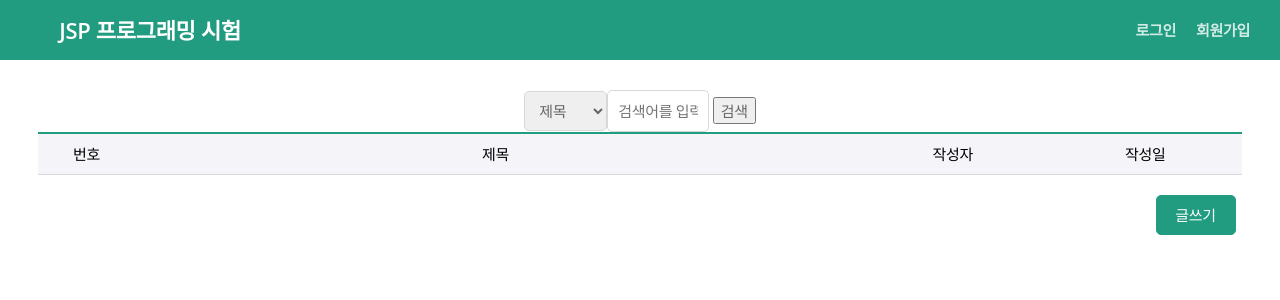
Repository: yujin149/noticeJSP
Page: http://localhost/BBS/bbs.jsp
The author's editor kept a copy of each file at every save. The page is drawn from the files as they stood at one save, then again after a run of saves.
The browser window is 1280 px wide. The pictures show the whole page.
Some web libraries are served in a nearby version. The page is served by Tomcat 9. Other server files are loaded and not shown. Queries for data that is not in the repository find no rows.

Above is the page before, as saved 2024-11-29 06:43:22.

### BBS/src/main/webapp/bbs.jsp
<%@ page language="java" contentType="text/html; charset=UTF-8"
	pageEncoding="UTF-8"%>
<%@ page import="java.io.PrintWriter"%>
<%@ page import="bbs.BbsDAO"%>
<%@ page import="bbs.Bbs"%>
<%@ page import="java.util.ArrayList"%><!-- 게시판 목록을 출력하기 위해 -->
<!DOCTYPE html>
<html>
<head>
<meta charset="UTF-8">
<meta name="viewport" content="width=device-width" , initial-scale="1">
<link rel="stylesheet" href="css/reset.css">
<link rel="stylesheet" href="css/font.css">
<link rel="stylesheet" href="css/style.css">
<title>JSP 프로그래밍 시험</title>


</head>
<body>
	<div class="bbsWrap">
		<%
		String userID = null;
		if (session.getAttribute("userID") != null) {
			userID = (String) session.getAttribute("userID");
		}

		int pageNumber = 1;
		if (request.getParameter("pageNumber") != null) {
			pageNumber = Integer.parseInt(request.getParameter("pageNumber"));
		}
		%>
		<nav class="navWrap">
			<h1>
				<a href="bbs.jsp">JSP 프로그래밍 시험</a>
			</h1>

			<%
			if (userID == null) {
			%>
			<ul class="userMenu">
				<li><a href="login.jsp">로그인</a></li>
				<li><a href="join.jsp">회원가입</a></li>
			</ul>
			<%
			} else {
			%>
			<ul class="userMenu">
				<li><a href="logoutAction.jsp">로그아웃</a></li>
			</ul>
			<%
			}
			%>
		</nav>

		<div class="container">

			<div class="searchWrap">
				<form action="searchAction.jsp" method="get">
					<select name="searchField">
						<option value="bbsTitle">제목</option>
						<option value="userID">작성자</option>
					</select>
					<div class="search">
						<input type="text" name="searchText" placeholder="검색어를 입력해주세요.">
						<button type="submit" class="btn">검색</button>
					</div>
				</form>
			</div>
			<div class="tableWrap">
				<table>
					<colgroup>
						<col style="width: 8%">
						<col style="width: *">
						<col style="width: 16%">
						<col style="width: 16%">
					</colgroup>
					<thead>
						<tr>
							<th>번호</th>
							<th>제목</th>
							<th>작성자</th>
							<th>작성일</th>

						</tr>
					</thead>
					<tbody>
						<%
						BbsDAO bbsDAO = new BbsDAO();
						ArrayList<Bbs> list = bbsDAO.getList(pageNumber);
						for (int i = 0; i < list.size(); i++) {
						%>
						<tr>
							<td><%=list.get(i).getBbsNum()%></td>
							<td style="text-align: left;"><a
								href="view.jsp?bbsID=<%=list.get(i).getBbsNum()%>"> <%=list.get(i).getBbsTitle().replaceAll(" ", "&nbsp;").replaceAll("<", "&lt;").replaceAll(">", "&gt;")
		.replaceAll("\n", "<br>")%></a></td>

							<td><%=list.get(i).getUserID()%></td>
							<td><%=list.get(i).getBbsDate().substring(0, 11)%></td>
						</tr>
						<%
						}
						%>
					</tbody>

				</table>

			</div>
			<div class="btnWrap">
				<div class="prevnextBtn">
					<%
					if (pageNumber != 1) {
					%>
					<a href="bbs.jsp?pageNumber=<%=pageNumber - 1%>"
						class="btn btn-success btn-arraw-left">이전</a>
					<%
					}
					if (bbsDAO.nextPage(pageNumber + 1)) {
					%>
					<a href="bbs.jsp?pageNumber=
				<%=pageNumber + 1%>"
						class="btn btn-success btn-arraw-left">다음</a>
					<%
					}
					%>
				</div>
				<a href="write.jsp" class="btn btn-primary pull-right green-btn">글쓰기</a>
			</div>
		</div>
	</div>

	<script src="http://code.jquery.com/jquery-3.1.1.min.js"></script>
</body>
</html>

### BBS/src/main/java/bbs/BbsDAO.java
package bbs;

import java.sql.Connection;
import java.sql.DriverManager;
import java.sql.PreparedStatement;
import java.sql.ResultSet;
import java.util.ArrayList;

public class BbsDAO {
	private Connection conn;
	private ResultSet rs;

	public BbsDAO()
	{
		try
		{
			String dbURL = "jdbc:mysql://localhost:3306/testjsp";

			String dbID = "root";
			String dbPassword = "1234";
			Class.forName("com.mysql.jdbc.Driver");

			conn = DriverManager.getConnection(dbURL, dbID, dbPassword);
		}catch(Exception e)
		{
			e.printStackTrace();
		}
	}

	// 게시판 글쓰기를 위한 함수
	public String getDate()
	{
		String SQL = "SELECT NOW()";
		try {
			PreparedStatement pstmt = conn.prepareStatement(SQL);
			rs = pstmt.executeQuery();

			if(rs.next()) {
				return rs.getString(1);
			}

		} catch(Exception e) {
			e.printStackTrace();
		}
		return "";
	}

	public int getNext() // 게시글 번호 입력 함수
	{
		String SQL = "SELECT bbsNum FROM BBS ORDER BY bbsNum DESC";
		try {
			PreparedStatement pstmt = conn.prepareStatement(SQL);
			rs = pstmt.executeQuery();

			if(rs.next()) {
				return rs.getInt(1) + 1;
			}
			return 1;

		} catch(Exception e) {
			e.printStackTrace();
		}
		return -1;
	}

	public int write(String bbsTitle, String userID, String bbsContent)
	{
		String SQL = "INSERT INTO BBS VALUES (?, ?, ?, ?, ?, ?)";

		try {
			PreparedStatement pstmt = conn.prepareStatement(SQL);
			pstmt.setInt(1, getNext());
			pstmt.setString(2, bbsTitle);
			pstmt.setString(3, userID);
			pstmt.setString(4, getDate());
			pstmt.setString(5, bbsContent);
			pstmt.setInt(6, 1);

			return pstmt.executeUpdate();

		} catch(Exception e) {
			e.printStackTrace();
		}
		return -1;
	}

	public ArrayList<Bbs> getList(int pageNumber)
	{
		String SQL = "SELECT * FROM BBS WHERE bbsNum < ?  AND bbsAvailable = 1 ORDER BY bbsNum DESC LIMIT 10";

		ArrayList<Bbs> list = new ArrayList<Bbs>();
		try {
			PreparedStatement pstmt = conn.prepareStatement(SQL);
			pstmt.setInt(1, getNext() - (pageNumber - 1) * 10);

			rs = pstmt.executeQuery();

			while(rs.next()) {
				Bbs bbs = new Bbs();
				bbs.setBbsNum(rs.getInt(1));
				bbs.setBbsTitle(rs.getString(2));
				bbs.setUserID(rs.getString(3));
				bbs.setBbsDate(rs.getString(4));
				bbs.setBbsContent(rs.getString(5));
				bbs.setBbsAvailable(rs.getInt(6));
			    list.add(bbs);
			}
		} catch(Exception e) {
			e.printStackTrace();
		}
		return list;
	}

	public boolean nextPage(int pageNumber)
	{
		String SQL = "SELECT * FROM BBS WHERE bbsNum < ?  AND bbsAvailable = 1 ORDER BY bbsNUm DESC LIMIT 10";

		try {
			PreparedStatement pstmt = conn.prepareStatement(SQL);
			pstmt.setInt(1, getNext() - (pageNumber - 1) * 10);

			rs = pstmt.executeQuery();

			if(rs.next()) {
				return true;
			}
		} catch(Exception e) {
			e.printStackTrace();
		}
		return false;
	}

	public Bbs getBbs(int bbsNum) {
		String SQL = "SELECT * FROM BBS WHERE bbsNum = ?";
		try {
			PreparedStatement pstmt = conn.prepareStatement(SQL);
	        pstmt.setInt(1, bbsNum);
	        rs = pstmt.executeQuery();

			if(rs.next()) {
	            Bbs bbs = new Bbs();
	            bbs.setBbsNum(rs.getInt(1));
	            bbs.setBbsTitle(rs.getString(2));
	            bbs.setUserID(rs.getString(3));
	            bbs.setBbsDate(rs.getString(4));
	            bbs.setBbsContent(rs.getString(5));
	            bbs.setBbsAvailable(rs.getInt(6));
	            return bbs;
	        }
		} catch(Exception e) {
	        e.printStackTrace();
	    }
		return null;
	}

	public int update(int bbsNum, String bbsTitle, String bbsContent) {
		String SQL = "UPDATE BBS SET bbsTitle = ?, bbsContent =? WHERE bbsNum = ?";
		try {
			PreparedStatement pstmt = conn.prepareStatement(SQL);
			pstmt.setString(1, bbsTitle);
			pstmt.setString(2, bbsContent);
			pstmt.setInt(3, bbsNum);
			return pstmt.executeUpdate();
		}catch(Exception e){
			e.printStackTrace();
		}
		return -1;
	}

	public int delete(int bbsNum) {
		String SQL = "UPDATE BBS SET bbsAvailable = 0 WHERE bbsNum = ?";
		try {
			PreparedStatement pstmt = conn.prepareStatement(SQL);
			pstmt.setInt(1, bbsNum);
			return pstmt.executeUpdate();
		}catch(Exception e){
			e.printStackTrace();
		}
		return -1;
	}


	public ArrayList<Bbs> getSearch(String searchField, String searchText) {
	    String SQL = "";
	    ArrayList<Bbs> list = new ArrayList<Bbs>();

	    try {
	        if(searchField.equals("bbsTitle")) {
	            SQL = "SELECT * FROM BBS WHERE bbsTitle LIKE ? AND bbsAvailable = 1 ORDER BY bbsNum DESC";
	        } else if(searchField.equals("userID")) {
	            SQL = "SELECT * FROM BBS WHERE userID LIKE ? AND bbsAvailable = 1 ORDER BY bbsNum DESC";
	        }

	        PreparedStatement pstmt = conn.prepareStatement(SQL);
	        pstmt.setString(1, "%" + searchText + "%");
	        rs = pstmt.executeQuery();

	        while(rs.next()) {
	            Bbs bbs = new Bbs();
	            bbs.setBbsNum(rs.getInt(1));
	            bbs.setBbsTitle(rs.getString(2));
	            bbs.setUserID(rs.getString(3));
	            bbs.setBbsDate(rs.getString(4));
	            bbs.setBbsContent(rs.getString(5));
	            bbs.setBbsAvailable(rs.getInt(6));
	            list.add(bbs);
	        }
	    } catch(Exception e) {
	        e.printStackTrace();
	    }
	    return list;
	}

}

### BBS/src/main/webapp/css/reset.css
@charset "UTF-8";

html, body, div, span, applet, object, iframe,
h1, h2, h3, h4, h5, h6, p, blockquote, pre,
a, abbr, acronym, address, big, cite, code,
del, dfn, em, img, ins, kbd, q, s, samp,
small, strike, strong, sub, sup, tt, var,
b, u, i, center,
dl, dt, dd, ol, ul, li,
fieldset, form, label, legend,
table, caption, tbody, tfoot, thead, tr, th, td,
article, aside, canvas, details, embed,
figure, figcaption, footer, header, hgroup,
menu, nav, output, ruby, section, summary,
time, mark, audio, video {
	margin: 0;
	padding: 0;
	border: 0;
	font-size: 100%;
	font: inherit;
	vertical-align: inherit;
	box-sizing:border-box;
	transition:all .3s;
}
/* HTML5 display-role reset for older browsers */
article, aside, details, figcaption, figure,
footer, header, hgroup, menu, nav, section {
	display: block;
}
body {
	line-height: 1;
}
ol, ul {
	list-style: none;
}
blockquote, q {
	quotes: none;
}
blockquote:before, blockquote:after,
q:before, q:after {
	content: '';
	content: none;
}
table {
	border-collapse: collapse;
	border-spacing: 0;
}

button,
input,
select,
textarea {
	font-family: inherit; /* 1 */
	font-size: 100%; /* 2 */
	margin: 0; /* 3 */
}

button,
input {
	line-height: normal;
}

button,
select {
	text-transform: none;
}

button,
html input[type="button"], /* 1 */
input[type="reset"],
input[type="submit"] {
	-webkit-appearance: button; /* 2 */
	cursor: pointer; /* 3 */
}

button[disabled],
html input[disabled] {
	cursor: default;
    background: #f5f5f5;
    color:#666;
}

input[type="checkbox"],
input[type="radio"] {
	box-sizing: border-box; /* 1 */
	padding: 0; /* 2 */
}

input[type="search"] {
	-webkit-appearance: textfield; /* 1 */
	-moz-box-sizing: content-box;
	-webkit-box-sizing: content-box; /* 2 */
	box-sizing: content-box;
}

input[type="search"]::-webkit-search-cancel-button,
input[type="search"]::-webkit-search-decoration {
	-webkit-appearance: none;
}

button::-moz-focus-inner,
input::-moz-focus-inner {
	border: 0;
	padding: 0;
}

textarea {
	overflow: auto; /* 1 */
	vertical-align: top; /* 2 */
}
a {text-decoration:none;}
address {font-style:normal;}

caption {display:none}

### BBS/src/main/webapp/css/font.css
@charset "UTF-8";

@font-face {
    font-family: "Noto Sans KR";
    src: url('https://fonts.googleapis.com/css2?family=Noto+Sans+KR:wght@100;300;400;500;700;900&display=swap');
         unicode-range: U+AC00-D7A3;
        }

@font-face {
    font-family: 'roboto';
    src: url('https://fonts.googleapis.com/css2?family=Roboto:wght@100;300;400;500;700;900&display=swap');
         unicode-range: U+0030-0039;
}


html, body, table, input, textarea, nav, button, div, p, span,
#main_wrap span, h1, h2, h3, h4, h6, tr, td, ol, ul, li, select, pre {
    font-size:15px;
    font-family:"Noto Sans KR","roboto","Open Sans",Malgun Gothic,"맑은 고딕",AppleGothic,Dotum,"돋움",sans-serif;
    color:#666;letter-spacing: -0.3px; font-weight: 400;
}


.notosanskr {
 font-family: 'Noto Sans KR', sans-serif;
}

.roboto {
 font-family: 'roboto', sans-serif;
}

### BBS/src/main/webapp/css/style.css
@charset "UTF-8";
.bbsWrap{width:100%; margin:0 auto;}
.navWrap{width:100%; height:60px; background:#219c80; display:flex;
justify-content: space-between; align-items: center;padding: 0 30px;}
.navWrap h1 a{color:#fff; font-size:22px; font-weight:600; display:flex;
justify-content: center; align-items: center; width:240px; height:60px;}

.navWrap .userMenu{display:flex; justify-content: flex-end; align-items: center;}
.navWrap .userMenu a{color:rgba(255,255,255,0.8); font-size:15px; padding:0 10px;
font-weight:600;}
.navWrap .userMenu li:last-child a{padding-right:0;}
.navWrap .userMenu li.active a{color:#fff;}
.navWrap .userMenu a:hover{color:#fff;}


.bbsWrap .container{width:94%; margin:30px auto 0;}
.bbsWrap .container .tableWrap{width:100%; border-top: 2px solid #219c80;
border-bottom: 1px solid #d7d7d7;}

.bbsWrap .container .tableWrap table{table-layout: fixed; border-collapse: collapse;
width:100%;}
.bbsWrap .container .tableWrap table tr th{display:table-cell; vertical-align:middle; padding:0 10px; background: #f4f4f9;
height: 40px; font-size: 15px; color:#000;}
.bbsWrap .container .tableWrap table tr td{display:table-cell; vertical-align:middle; padding:0 10px; font-size: 15px;
border-top: 1px solid #d7d7d7; line-height: 1.3; height: 50px; text-align: center; cursor:pointer;}

.bbsWrap .container .tableWrap table tr td a{color:#666; display:block;}

.bbsWrap .container .tableWrap table tr:hover td{background:#f4f4f9;}

.bbsWrap .container .tableWrap.writeTable table tr td{border-top:none; border-bottom:1px solid #d7d7d7; padding:0; cursor:auto;}
.bbsWrap .container .tableWrap.writeTable table tr:hover td, .bbsWrap .container .tableWrap.viewTable table tr:hover td{background:inherit;}
.bbsWrap .container .writeTable table tr td input{width:100%; height:100%; border:none; padding:0 20px; outline:none;}
.bbsWrap .container .writeTable table tr td textarea{width:100%; min-height:580px; border:none; padding:20px; outline:none;
resize:none;}

.bbsWrap .container .tableWrap.viewTable table tr th{height:50px;}
.bbsWrap .container .viewTable table tr td{cursor:auto;}
.bbsWrap .container .viewTable table tr td.tit {color:#000; background:#f4f4f9;}
.bbsWrap .container .viewTable table tr:hover td.tit {color:#000; background:#f4f4f9;}
.bbsWrap .container .viewTable table tr td.text {text-align:left;}
.bbsWrap .container .viewTable table tr td.textBox{padding:20px;}


.btnWrap{display:flex;justify-content: space-between; align-items: center; margin-top:20px;}
.btnWrap .prevnextBtn{display:flex;}
.btnWrap .btn{display:flex;justify-content: center;align-items: center;
width:50px; height:40px; background:#eee; border-radius:5px; border:1px solid #d7d7d7; color:#666; margin-right:6px;}
.btnWrap .btn:hover{background:#219c80; color:#fff; border-color:#219c80;}
.btnWrap .btn.green-btn{background:#219c80; color:#fff; width:80px; border-color:#219c80;}


/*로그인*/
.loginWrap{width:480px; margin:60px auto 0; background: #fff; box-shadow: 3px 3px 5px rgba(55, 55, 55, 0.1);
padding:60px;}
.loginWrap h2{font-size:28px; font-weight:600; text-align:center; color:#000; margin-bottom:40px;}
.loginWrap ul li{margin-bottom:10px;}
.loginWrap ul li input {width:100%; height:40px; border:1px solid #d7d7d7;
border-radius:5px; outline:none; padding:0 10px; box-sizing:border-box;}
.loginWrap .loginBtn{width:100%; background:#219c80; color:#fff; border-radius:5px;
border:1px solid #219c80; height:40px; font-size:16px; font-weight:600; height:45px;}

.loginWrap ul li input[type='radio'] {
  -webkit-appearance: none;-moz-appearance: none;appearance: none; width: 15px;
  height: 15px; border: 1px solid #d7d7d7; border-radius: 50%; outline: none;  cursor: pointer; padding:0;}
.loginWrap ul li input[type='radio']:checked { background: #219c80; border: 3px solid white; box-shadow: 0 0 0 1px #219c80;}

.loginWrap ul li.radioList{display:flex; justify-content: center; align-items:center; padding:10px 0;}
.loginWrap ul li.radioList label{display:flex; justify-content: flex-start; align-items:center; cursor:pointer;}
.loginWrap ul li.radioList label input{margin-right:5px;}
.loginWrap ul li.radioList label:first-child{margin-right:20px;}


/*검색조건*/
.searchWrap form{display:flex; justify-content: center; align-items: center;}
.searchWrap input, .searchWrap select{height:40px; border:1px solid #d7d7d7;
padding:0 10px; border-radius:5px;}
.searchWrap input{width:80px;}

After the next 3 saves:
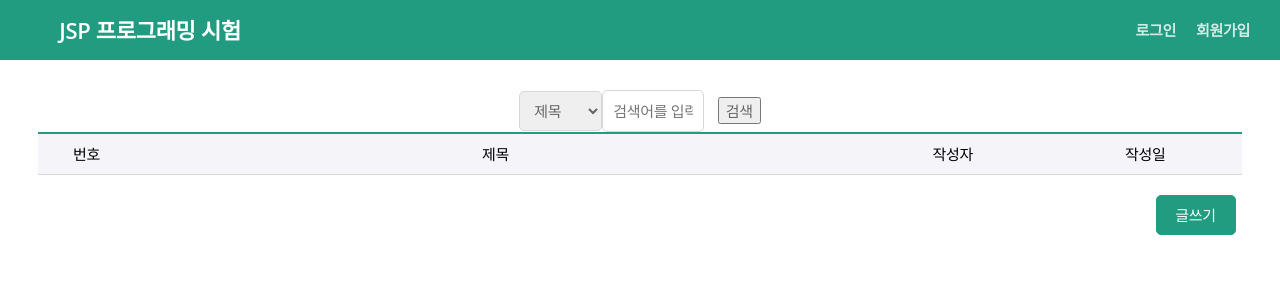
The 3 saves are shown as one change because they came seconds apart.
The last was saved 10 s later.
--- a/BBS/src/main/webapp/css/style.css
+++ b/BBS/src/main/webapp/css/style.css
@@ -75,4 +75,4 @@ border:1px solid #219c80; height:40px; font-size:16px; font-weight:600; height:4
 .searchWrap form{display:flex; justify-content: center; align-items: center;}
 .searchWrap input, .searchWrap select{height:40px; border:1px solid #d7d7d7;
 padding:0 10px; border-radius:5px;}
-.searchWrap input{width:80px;}
+.searchWrap input{width:80px; margin-right:10px;}
